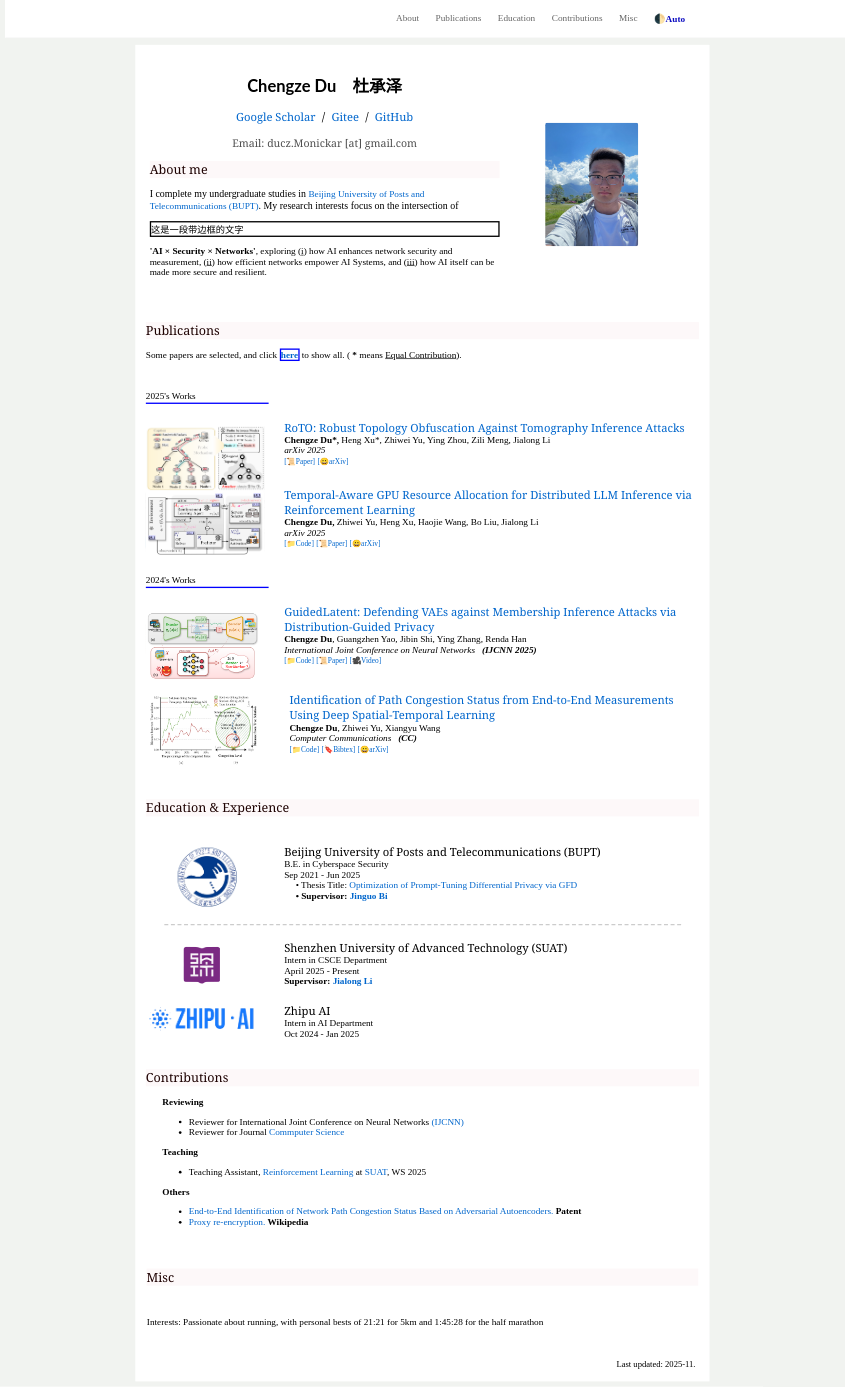
Repository: Monickar/Monickar.github.io
Page: index.html
The author's editor kept a copy of each file at every save. The page is drawn from the files as they stood at one save, then again after a run of saves.
The browser window is 1280 px wide. The pictures show the whole page, at 66% of full size.

Above is the page before, as saved 2025-11-07 09:19:13.

After the next 2 saves:
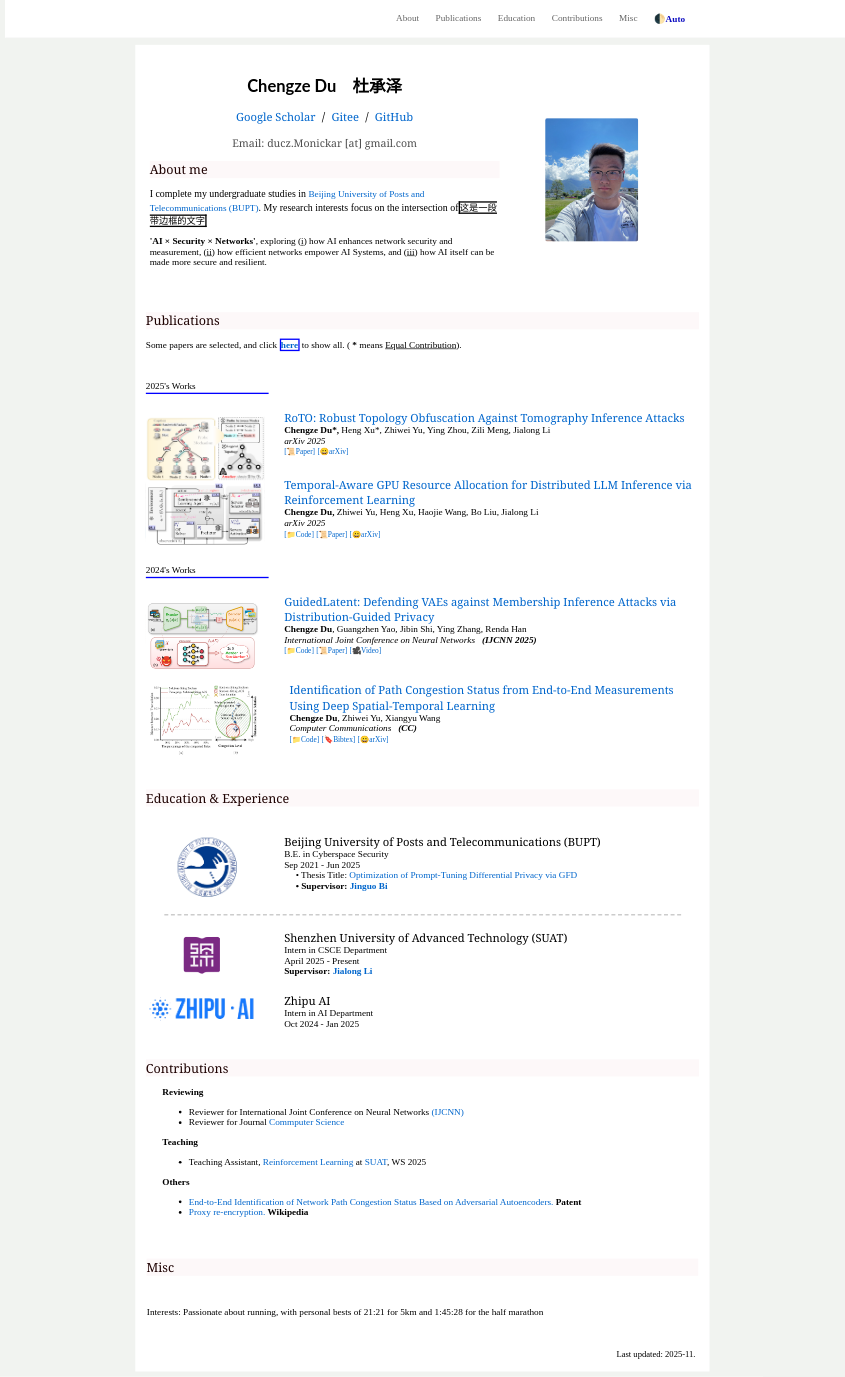
The 2 saves are shown as one change because they came seconds apart.
The last was saved 15 s later.
--- a/index.html
+++ b/index.html
@@ -66,7 +66,7 @@
                 <h2 class="subtitle">About me</h2>
 
                 <p style="font-size: 15px;"> I complete my undergraduate studies in <a href="https://www.bupt.edu.cn/">Beijing University of Posts and Telecommunications (BUPT)</a>.
-                  My research interests focus on the intersection of<p class="bordered-text">这是一段带边框的文字</p> <strong>'AI <strong>×</strong> Security <strong>×</strong> Networks'</strong>, exploring (<u>i</u>) how AI enhances network security and measurement, (<u>ii</u>) how efficient networks empower AI Systems, and (<u>iii</u>) how AI itself can be made more secure and resilient.
+                  My research interests focus on the intersection of<span class="bordered-text">这是一段带边框的文字</p> <strong>'AI <strong>×</strong> Security <strong>×</strong> Networks'</strong>, exploring (<u>i</u>) how AI enhances network security and measurement, (<u>ii</u>) how efficient networks empower AI Systems, and (<u>iii</u>) how AI itself can be made more secure and resilient.
 
                 </p>
               </td>
